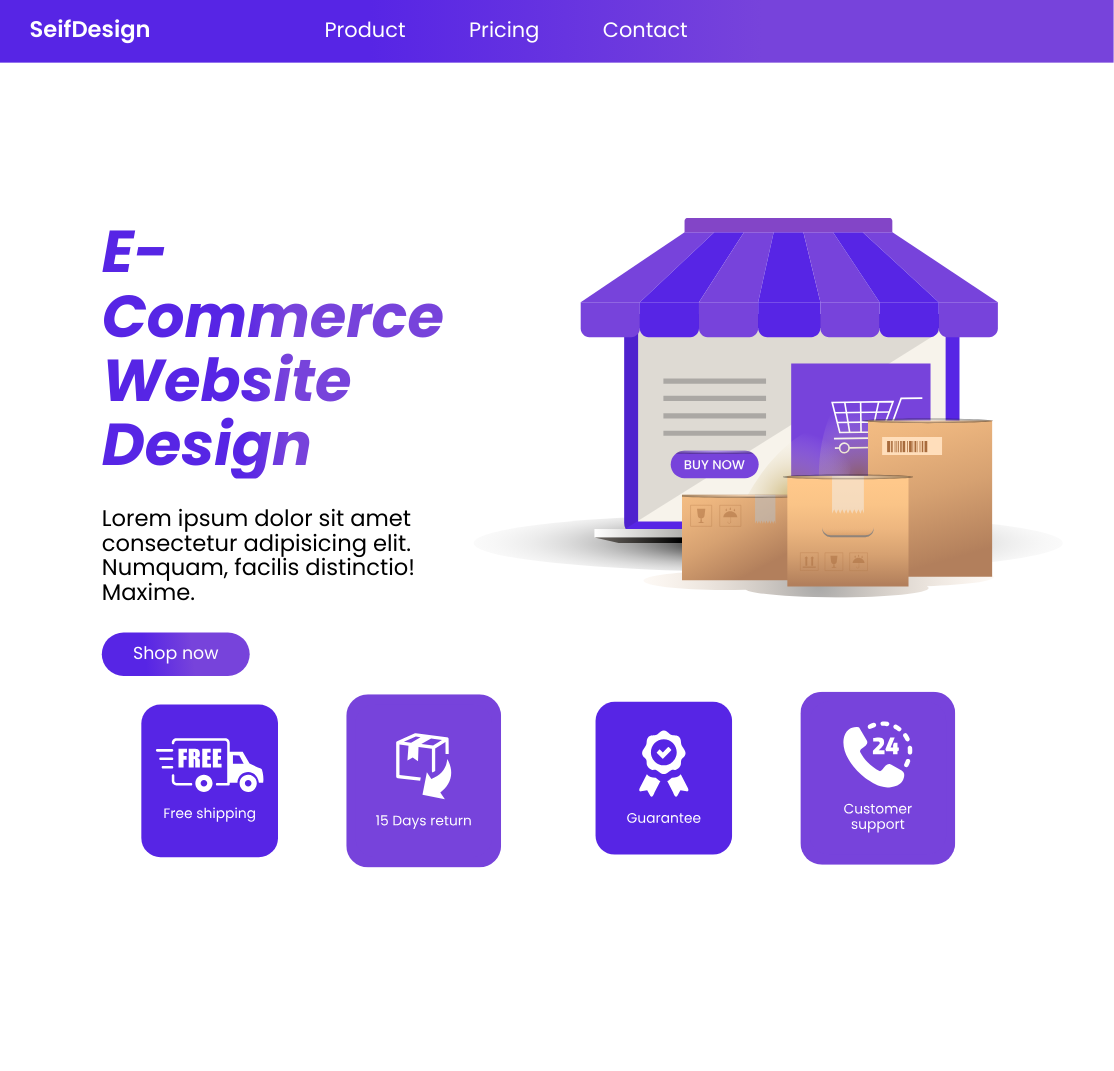
Repository: NatiqSamiyev/commers-desing-JS
Page: index.html
These files come from the project's save history. The page is drawn as it stood at one moment and after a run of saves; the edit follows.
The browser window is 1280 px wide. The pictures show the whole page, at 87% of full size.
Some web fonts or font styles are not loaded; a fallback is used.

Above is the page before, as saved 2023-11-06 11:27:30.

### index.html
<!DOCTYPE html>
<html lang="en">
  <head>
    <meta charset="UTF-8" />
    <meta name="viewport" content="width=device-width, initial-scale=1.0" />
    <title>Document</title>
    <link rel="stylesheet" href="index.css" />
  </head>
  <body>
    <div class="commerse-design-container">
      <div class="top-container">
        <h1>SeifDesign</h1>

        <nav>
          <ul>
            <li>
              <a href="#">Product</a>
            </li>
            <li>
              <a href="#">Pricing</a>
            </li>
            <li>
              <a href="#">Contact</a>
            </li>
          </ul>
        </nav>


      </div>

      <main>
        <div class="box-1">
          <h2>E-Commerce Website Design</h2>
          <p>
            Lorem ipsum dolor sit amet consectetur adipisicing elit. Numquam,
            facilis distinctio! Maxime.
          </p>
          <button>
            <a href="#">Shop now</a>
          </button>
        </div>

        <div class="box-2">
          <img src="./image/Group.svg" alt="" />
        </div>
      </main>

      <div class="bottom-container">
        <div class="box-1">
          <img src="./image/Frame 12.svg" alt="" />
          <img src="./image/Frame 11.svg" alt="" />
        </div>
       <div class="box-2">
        <img src="./image/Frame 10.svg" alt="" />
        <img src="./image/Frame 13.svg" alt="" />
       </div>

      </div>
    </div>
  </body>
  <script src="./index.js"></script>
</html>

### index.css
@import url("https://fonts.googleapis.com/css2?family=Epilogue:wght@400;600;700;800;900&family=Inter:wght@400;500;600;700&family=Laila:wght@700&family=Open+Sans:wght@400;600;700;800&family=Poppins:ital,wght@0,400;0,500;0,600;0,700;1,700&family=Roboto+Slab:wght@700&family=Roboto:wght@400;700;900&display=swap");

* {
  margin: 0;
  padding: 0;
  box-sizing: border-box;
}

.commerse-design-container {
  width: 100%;
  padding: 0 0 33px 0;
  min-height: 100vh;
}

.top-container {
  width: 100%;
  padding: 16px 0 21px 34px;
  height: 72px;
  display: flex;
  justify-content: flex-start;
  align-items: center;
  background: linear-gradient(270deg, #7743db 31.64%, #5725e5 66.78%);
}

.top-container h1 {
  color: #fff;
  font-family: Poppins;
  font-size: 26px;
  font-style: normal;
  font-weight: 600;
  line-height: normal;
}

.top-container nav {
  margin-left: 200px;
}

.top-container nav ul {
  display: flex;
}

.top-container nav ul li {
  margin-right: 73px;
  list-style-type: none;
}

.top-container nav ul li a {
  text-decoration: none;
  color: #fff;
  text-align: center;
  font-family: Poppins;
  font-size: 24px;
  font-style: normal;
  font-weight: 300;
  line-height: normal;
}

.top-container form {
  display: none;
}

main {
  margin-top: 98px;
  margin-bottom: 24px;
  width: 100%;
  padding: 80px 83px;
  display: flex;
  justify-content: space-between;
}

.box-1 {
  padding: 3px 34px;
  height: 403px;
}

.box-1 h2 {
  margin-bottom: 32px;
  font-family: Poppins;
  font-size: 68px;
  font-style: italic;
  font-weight: 700;
  line-height: 109%;
  background: linear-gradient(268deg, #7743db 46.2%, #5725e5 59.09%);
  background-clip: text;
  -webkit-background-clip: text;
  -webkit-text-fill-color: transparent;
}

.box-1 p {
  margin-bottom: 32px;
  color: #000;
  font-family: Poppins;
  font-size: 26px;
  font-style: normal;
  font-weight: 300;
  line-height: 109%;
}

.box-1 button {
  width: 170px;
  height: 50px;
  padding: 0px 24px;
  display: flex;
  justify-content: center;
  align-items: center;
  gap: 10px;
  border-radius: 25px;
  background: linear-gradient(263deg, #7743db 38.81%, #5725e5 70.24%);
  border: none;
}

.box-1 button a {
  text-decoration: none;
  color: #fff;
  font-family: Poppins;
  font-size: 20px;
  font-style: normal;
  font-weight: 400;
  line-height: 109%;
}

.box-2 img {
  width: 677.61px;
  height: 437.417px;
}

.bottom-container {
  display: flex;
  justify-content: center;
}

.bottom-container img {
  margin-right: 64px;
  width: 178px;
  height: 199px;
  padding: 10px;
  border-radius: 25px;

}

.bottom-container img:nth-child(2) {
  border-radius: 25px;
  background: #7743db;
}

.bottom-container img:last-child {
  border-radius: 25px;
  background: #7743db;
}

/* mobile design */

@media screen and (max-width: 768px) {
  .commerse-design-container {
    background-color: #ececec;
  }

  .top-container {
    padding: 17.5px 20px;
    justify-content: space-between;
  }

  .top-container h1 {
    font-size: 18px;
  }

  .top-container nav {
    display: none;
  }

  .top-container form {
    width: 37px;
    display: flex;
    flex-direction: column;
  }

  .top-container form label {
    height: 10px;
  }

  .top-container form input {
    width: 37px;
    height: 5px;
    margin-bottom: 2px;
    border-radius: 3px;
    border: none;
  }

  main {
    margin-top: 111px;
    margin-bottom: 0;
    padding: 0;
    display: flex;
    flex-direction: column-reverse;
    align-items: center;
  }

  .box-2 {
    margin-bottom: 29px;
    display: flex;
    justify-content: center;
    align-items: center;
  }

  .box-2 img {
    width: 352px;
    height: 256.511px;
  }

  .box-1 {
    width: 100%;
    padding: 0;
    height: 312px;
    display: flex;
    justify-content: center;
    flex-direction: column;
    align-items: center;
  }

  .box-1 h2 {
    width: 390px;
    text-align: center;
    font-size: 40px;
  }

  .box-1 p {
    width: 332px;
    text-align: center;
    font-size: 20px;
  }

  .bottom-container {
    margin: auto;
    width: 345px;
    margin-top: 46px;
    display: flex;
    height: 431px;
    flex-direction: column;
    justify-content: center;
    align-items: center;
    gap: 20px;
    flex-wrap: wrap;
  }

  .bottom-container img {
    width: 160px;
    height: 180px;
    padding: 0;
    margin-right: 0;
  }

  .box-1 button {
    margin-bottom: 0;
  }
}

Loaded but not shown: index.js (no stored copy; drawn as an empty file)

After the next 2 saves:
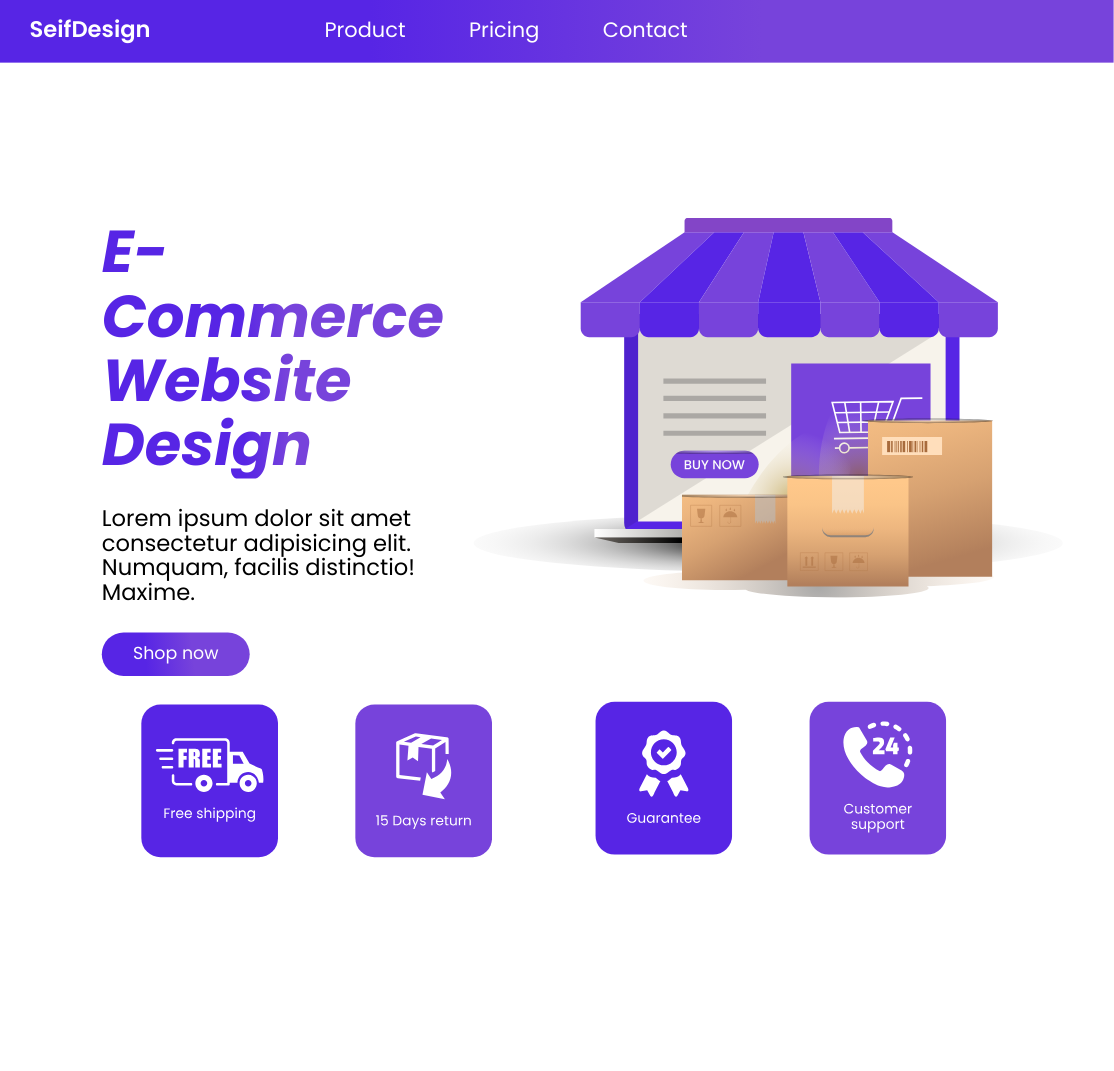
The 2 saves are shown as one change because they came seconds apart.
The last was saved 31 s later.
--- a/index.css
+++ b/index.css
@@ -135,18 +135,9 @@ main {
   height: 199px;
   padding: 10px;
   border-radius: 25px;
-
-}
-
-.bottom-container img:nth-child(2) {
-  border-radius: 25px;
-  background: #7743db;
-}
-
-.bottom-container img:last-child {
-  border-radius: 25px;
-  background: #7743db;
-}
+}
+
+
 
 /* mobile design */
 
